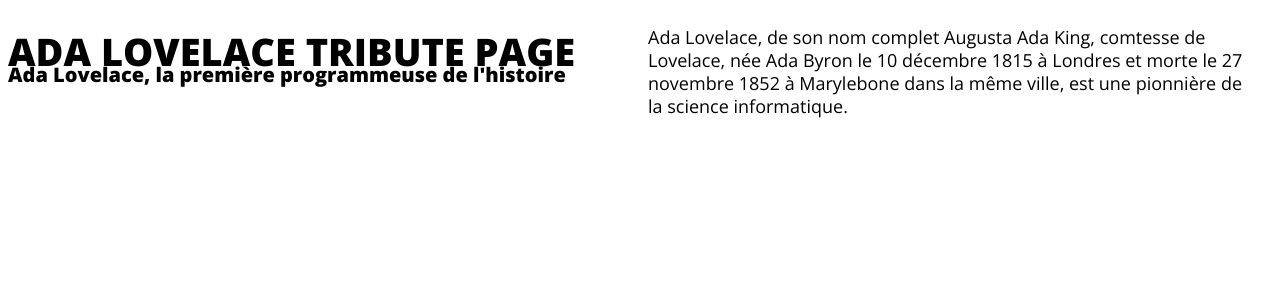
Repository: b3no1t/integration-training
Page: onepage-adalovelace/src/index.html
An editor plug-in stored every save of this project. The page is shown before and after the next save, followed by the edit.
The browser window is 1280 px wide. The pictures show the whole page.

Above is the page before, as saved 2025-01-27 15:21:23.
Not found: onepage-adalovelace/src/assets/assets/bg-header.png

After the next save:
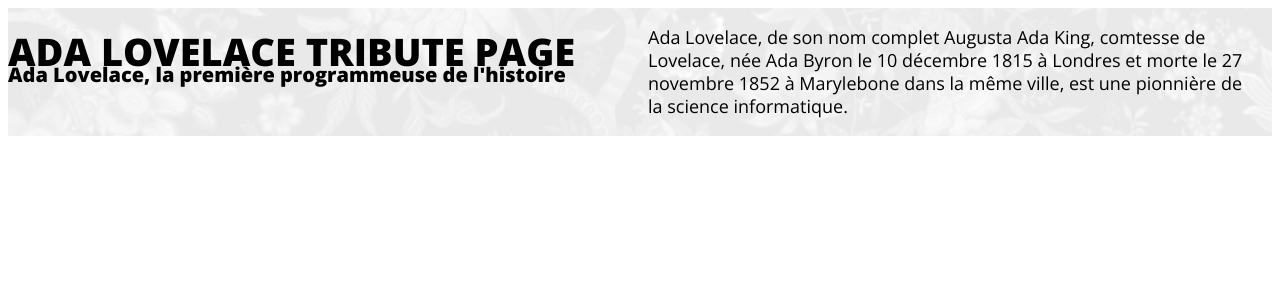
Saved 3 min 0 s later.
--- a/onepage-adalovelace/src/assets/css/main.css
+++ b/onepage-adalovelace/src/assets/css/main.css
@@ -23,7 +23,7 @@
   border: 1px soid red;
 }
 .section-intro {
-  background-image: url(../assets/bg-header.png);
+  background-image: url(../img/bg-header.png);
   background-size: cover;
   display: flex;
   justify-content: space-between;
